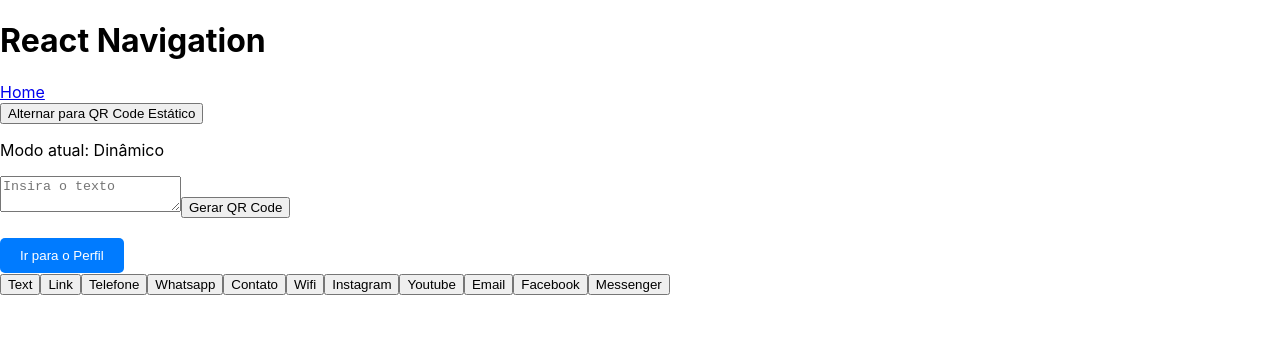
Repository: MarcusVTAlmeida/ReactQrcode
Page: /Home
These files come from the project's save history. The page is drawn as it stood at one moment and after the next save; the edit follows.
The browser window is 1280 px wide. The pictures show the whole page.
The project was rebuilt for these pictures with package versions that can differ from the ones it lists, and the page was loaded fresh each time. Also part of the build but not shown: src/profile.js, src/login.js.

Above is the page before, as saved 2024-12-15 17:41:15.

After the next save:
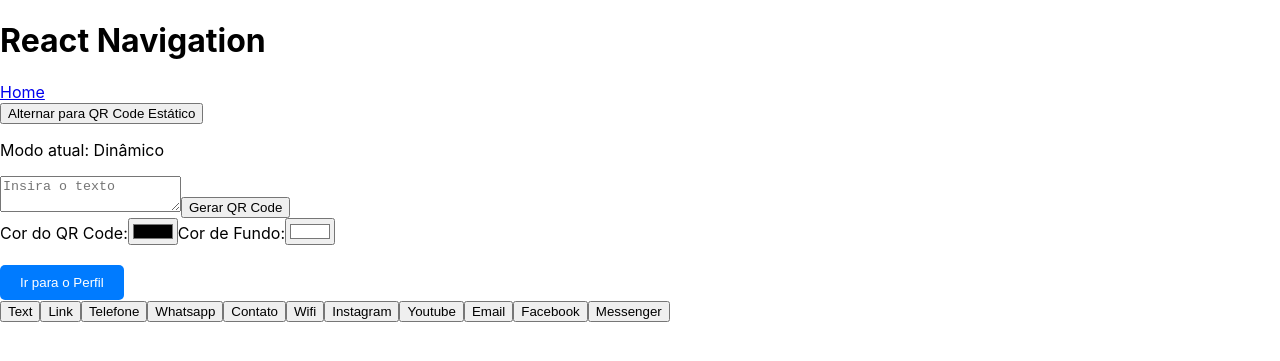
Saved 17 h 56 min later.
--- a/src/home.js
+++ b/src/home.js
@@ -11,6 +11,10 @@ export default function App() {
   const [isStaticMode, setIsStaticMode] = useState(false);
   const [selectedMode, setSelectedMode] = useState('text');
   const [documentId, setDocumentId] = useState(null);
+
+  // Adicionar estados para personalização de cores
+  const [fgColor, setFgColor] = useState('#000000'); // Cor do primeiro plano (preto por padrão)
+  const [bgColor, setBgColor] = useState('#ffffff'); // Cor de fundo (branco por padrão)
 
   const placeholders = {
     text: 'Insira o texto',
@@ -47,6 +51,8 @@ export default function App() {
           createdAt: serverTimestamp(),
           userId: user.uid,
           type: 'estatico',
+          fgColor, // Salvar a cor do primeiro plano
+          bgColor, // Salvar a cor de fundo
         });
         setDocumentId(docRef.id);
         alert('QR Code estático salvo com sucesso!');
@@ -67,6 +73,8 @@ export default function App() {
           createdAt: serverTimestamp(),
           userId: user.uid,
           type: 'dinamico',
+          fgColor, // Salvar a cor do primeiro plano
+          bgColor, // Salvar a cor de fundo
         });
 
         setQrCodeData({ qrCodeValue: dynamicLink });
@@ -107,6 +115,28 @@ export default function App() {
           Gerar QR Code
         </button>
 
+        {/* Adicionar inputs para personalizar cores */}
+        <div style={styles.colorPickerContainer}>
+          <label>
+            Cor do QR Code:
+            <input
+              type="color"
+              value={fgColor}
+              onChange={(e) => setFgColor(e.target.value)}
+              style={styles.colorPicker}
+            />
+          </label>
+          <label>
+            Cor de Fundo:
+            <input
+              type="color"
+              value={bgColor}
+              onChange={(e) => setBgColor(e.target.value)}
+              style={styles.colorPicker}
+            />
+          </label>
+        </div>
+
         {qrCodeData && (
           <div style={styles.qrCodeContainer}>
             <p style={styles.qrCodeText}>
@@ -114,12 +144,11 @@ export default function App() {
                 ? `Conteúdo: ${qrCodeValue}`
                 : 'Escaneie o QR Code para acessar o link:'}
             </p>
-            <QRCodeSVG value={qrCodeData.qrCodeValue} size={150} />
+            <QRCodeSVG value={qrCodeData.qrCodeValue} size={150} fgColor={fgColor} bgColor={bgColor} />
           </div>
         )}
       </div>
 
-      {/* Botão de Navegação para a Tela de Perfil */}
       <div style={styles.profileButtonContainer}>
         <Link to="/profile">
           <button style={styles.profileButton}>
@@ -150,6 +179,7 @@ export default function App() {
   );
 }
 
+
 const styles = {
   // Estilos existentes...
   profileButtonContainer: {
